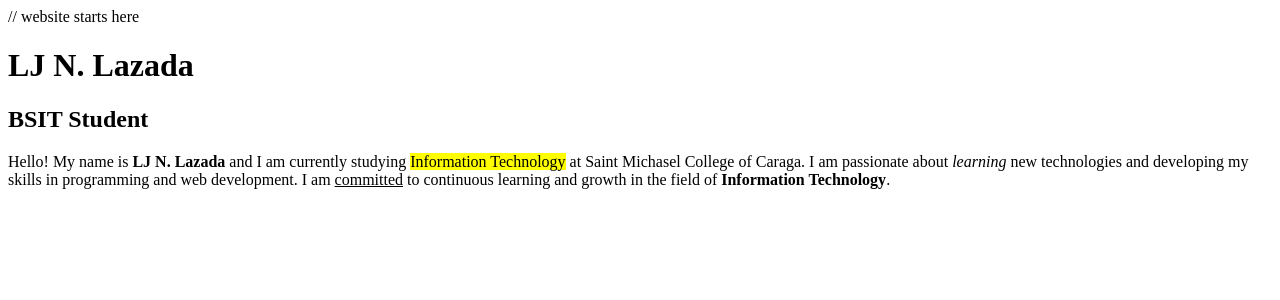
Repository: ljlazada11/myfirsthtml
Page: index.html
An editor plug-in stored every save of this project. The page is shown before and after the next save, followed by the edit.
The browser window is 1280 px wide. The pictures show the whole page.

Above is the page before, as saved 2026-06-24 18:56:32.

After the next save:
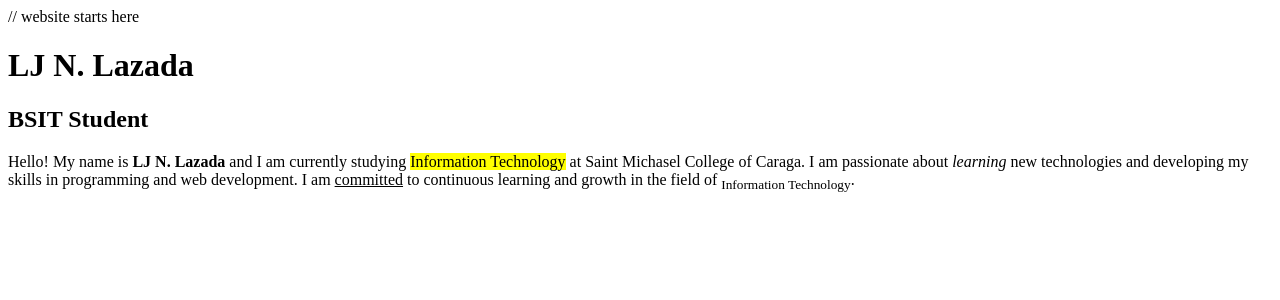
Saved 46 s later.
--- a/index.html
+++ b/index.html
@@ -11,6 +11,6 @@
 <body>
     <h1>LJ N. Lazada</h1>
     <h2>BSIT Student</h2>
-    <p>Hello! My name is <strong>LJ N. Lazada</strong> and I am currently studying <mark>Information Technology</mark> at Saint Michasel College of Caraga. I am passionate about <i>learning</i> new technologies and developing my skills in programming and web development. I am <ins>committed</ins> to continuous learning and growth in the field of <b>Information Technology</b>.</p>
+    <p>Hello! My name is <strong>LJ N. Lazada</strong> and I am currently studying <mark>Information Technology</mark> at Saint Michasel College of Caraga. I am passionate about <i>learning</i> new technologies and developing my skills in programming and web development. I am <ins>committed</ins> to continuous learning and growth in the field of <sub>Information Technology</sub>.</p>
 </body>
 </html>
